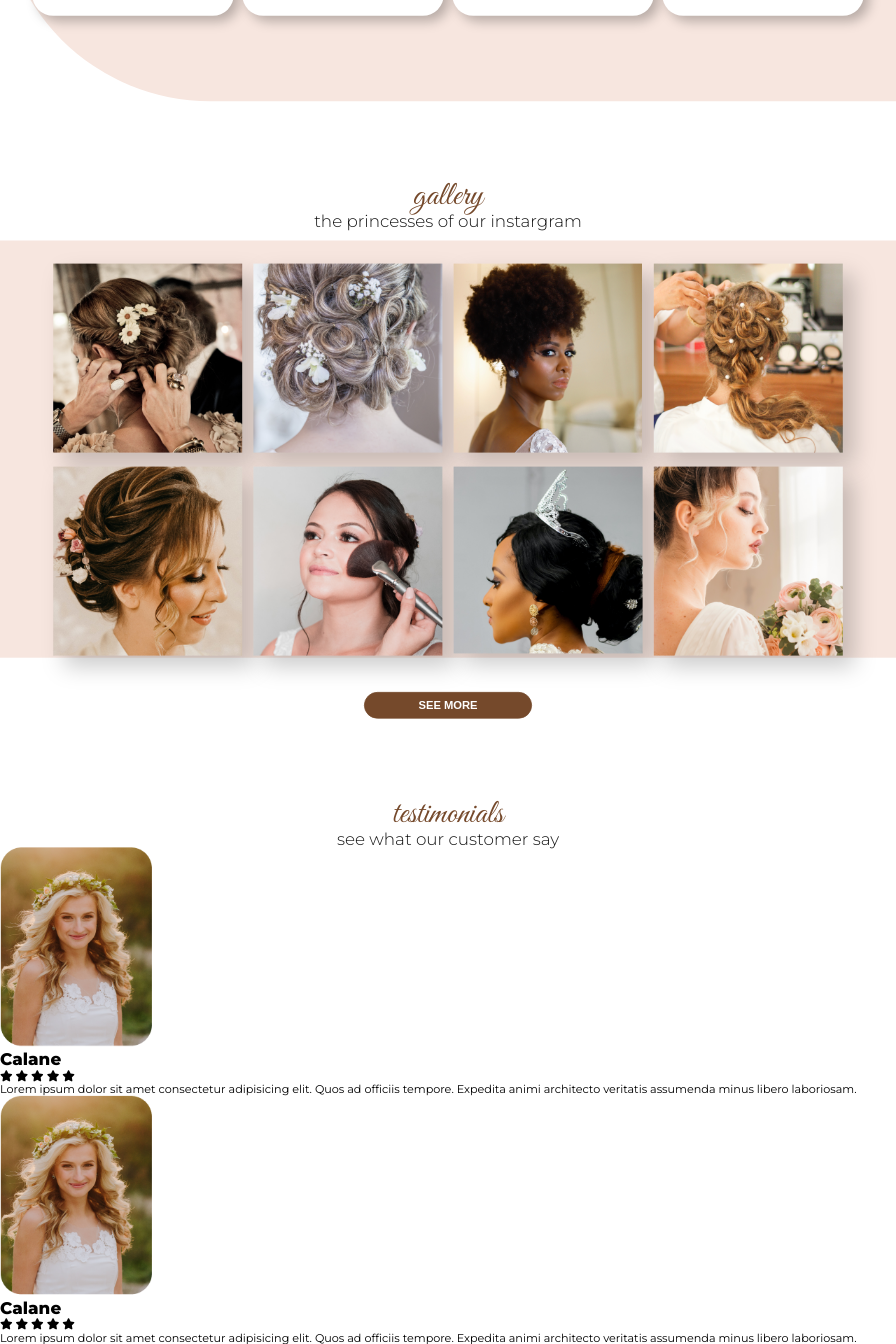
Repository: TuanHuflit2k1/clone-web01
Page: index.html
An editor plug-in stored every save of this project. The page is shown before and after the next save, followed by the edit.
The browser window is 1280 px wide. The pictures show the part of the page from y = 2792 to 4712 px (the page is 4712 px tall before and 4711 px after), at 70% of full size.
Some web libraries are served in a nearby version.

Above is the page before, as saved 2022-04-28 12:58:21.

### index.html
<!DOCTYPE html>
<html lang="en">
  <head>
    <meta charset="UTF-8" />
    <meta http-equiv="X-UA-Compatible" content="IE=edge" />
    <meta name="viewport" content="width=device-width, initial-scale=1.0" />
    <title>Beauty Salon</title>
    <!-- css file -->
    <link rel="stylesheet" href="./style.css" />
    <!-- font awesomw CDN -->
    <link
      rel="stylesheet"
      href="https://cdnjs.cloudflare.com/ajax/libs/font-awesome/6.1.1/css/all.min.css"
      integrity="sha512-KfkfwYDsLkIlwQp6LFnl8zNdLGxu9YAA1QvwINks4PhcElQSvqcyVLLD9aMhXd13uQjoXtEKNosOWaZqXgel0g=="
      crossorigin="anonymous"
      referrerpolicy="no-referrer"
    />
  </head>
  <body>
    <!-- header -->
    <header class="header" id="header">
      <div class="navbar">
        <div class="logo">
          <img src="./img/logo.svg" alt="Logo" />
        </div>
        <nav class="nav-menu" id="nav-menu">
          <ul class="nav-list">
            <li><a href="#" class="nav-link active">home</a></li>
            <li><a href="#about" class="nav-link">about</a></li>
            <li><a href="#services" class="nav-link">services</a></li>
            <li><a href="#package" class="nav-link">package</a></li>
            <li><a href="#gallery" class="nav-link">gallery</a></li>
            <li><a href="#contact" class="nav-link">contact</a></li>
          </ul>
        </nav>
        <div class="nav-toggle" id="nav-toggle">
          <i class="fas fa-bars"></i>
        </div>
      </div>
    </header>
    <!-- end header -->
    <!-- start home section -->
    <section class="home">
      <div class="container">
        <div class="home-img">
          <img src="./img/home-img.png" />
        </div>
        <div class="home-content">
          <h1>Your big day<br /><span>in style</span></h1>
          <p>
            Come see our bride 's corner and take the opportunity to schedule
            your date
          </p>
          <a href="#" class="btn btn-outline">
            <i class="fab fa-whatsapp"></i>
            Schedule your time
          </a>
        </div>
      </div>
    </section>
    <!-- end section home -->
    <!-- start section about -->
    <section class="about" id="about">
      <div class="container">
        <div class="section-title">
          <h1>our story</h1>
          <span>studio hair</span>
        </div>
        <div class="about-detail">
          <div class="about-detal-content">
            <div class="about-img">
              <img src="./img/about-img.jpg" />
            </div>
            <div class="about-description">
              <p>
                Lorem ipsum dolor sit amet consectetur adipisicing elit. Error,
                maiores!
              </p>
              <p>
                Lorem ipsum dolor sit amet consectetur adipisicing elit.
                Distinctio itaque, adipisci animi quisquam aliquid excepturi!
              </p>
              <p>
                Lorem ipsum dolor sit amet consectetur adipisicing elit.
                Blanditiis, sequi?
              </p>
            </div>
          </div>
        </div>
      </div>
    </section>
    <!-- end section about -->
    <!-- start service section -->
    <div class="services" id="services">
      <div class="services-content">
        <div class="section-title">
          <h1>services</h1>
          <span>what we do</span>
        </div>
        <div class="services-content-description">
          <div class="box">
            <div class="inner">
              <img src="./img/services/manicure.png" />
              <p>manicure</p>
            </div>
          </div>
          <div class="box">
            <div class="inner">
              <img src="./img/services/eyebrow design.png" />
              <p>eyebrow design</p>
            </div>
          </div>
          <div class="box">
            <div class="inner">
              <img src="./img/services/haircut.png" />
              <p>haircut</p>
            </div>
          </div>
          <div class="box">
            <div class="inner">
              <img src="./img/services/hairstyle.png" />
              <p>hairstyle</p>
            </div>
          </div>
          <div class="box">
            <div class="inner">
              <img src="./img/services/makeup.png" />
              <p>makeup</p>
            </div>
          </div>
          <div class="box">
            <div class="inner">
              <img src="./img/services/pedicure.png" />
              <p>pdedicure</p>
            </div>
          </div>
          <div class="box">
            <div class="inner">
              <img src="./img/services/waxing.png" />
              <p>waxing</p>
            </div>
          </div>
          <div class="box">
            <div class="inner">
              <img src="./img/services/skin cleansing.png" />
              <p>skin cleaning</p>
            </div>
          </div>
        </div>
      </div>
    </div>
    <!-- end services section -->
    <!-- start package section -->
    <div class="package" id="package">
      <div class="section-title">
        <h1>promotionam packages</h1>
        <span>for your bride 's day</span>
      </div>
      <div class="package-cards">
        <div class="card">
          <div class="card-title">
            <h1>Bronze</h1>
          </div>
          <div class="card-items">
            <div class="item">
              <i class="far fa-check-square check-icon"></i>
              <p>Hairstyle</p>
            </div>
            <div class="item">
              <i class="far fa-check-square check-icon"></i>
              <p>makeup</p>
            </div>
            <div class="item">
                <i class="far fa-check-square check-icon"></i>
                <p>nails <span>(traditional french)</span></p>
              </div>
              <div class="item">
                <i class="far fa-times-square x-icon"></i>
                <p class="not">hair removal</p>
              </div>
              <div class="item">
                <i class="far fa-times-square x-icon"></i>
                <p class="not">eyebrow design</p>
              </div>
              <div class="item">
                <i class="far fa-times-square x-icon"></i>
                <p class="not">skin cleaning</p>
              </div>
              <div class="item">
                <i class="far fa-times-square x-icon"></i>
                <p class="not"> reserved bridal room</p>
              </div>
              <div class="item">
                <i class="far fa-times-square x-icon"></i>
                <p class="not">table fruit</p>
              </div>
            <button class="btn">I want this</button>

          </div>

      </div>
      <div class="card">
        <div class="card-title">
          <h1>Bronze</h1>
        </div>
        <div class="card-items">
          <div class="item">
            <i class="far fa-check-square check-icon"></i>
            <p>Hairstyle</p>
          </div>
          <div class="item">
            <i class="far fa-check-square check-icon"></i>
            <p>makeup</p>
          </div>
          <div class="item">
              <i class="far fa-check-square check-icon"></i>
              <p>nails <span>(traditional french)</span></p>
            </div>
            <div class="item">
              <i class="far fa-times-square x-icon"></i>
              <p class="not">hair removal</p>
            </div>
            <div class="item">
              <i class="far fa-times-square x-icon"></i>
              <p class="not">eyebrow design</p>
            </div>
            <div class="item">
              <i class="far fa-times-square x-icon"></i>
              <p class="not">skin cleaning</p>
            </div>
            <div class="item">
              <i class="far fa-times-square x-icon"></i>
              <p class="not"> reserved bridal room</p>
            </div>
            <div class="item">
              <i class="far fa-times-square x-icon"></i>
              <p class="not">table fruit</p>
            </div>
            <button class="btn">I want this</button>

        </div>

    </div>
    <div class="card">
        <div class="card-title">
          <h1>Bronze</h1>
        </div>
        <div class="card-items">
          <div class="item">
            <i class="far fa-check-square check-icon"></i>
            <p>Hairstyle</p>
          </div>
          <div class="item">
            <i class="far fa-check-square check-icon"></i>
            <p>makeup</p>
          </div>
          <div class="item">
              <i class="far fa-check-square check-icon"></i>
              <p>nails <span>(traditional french)</span></p>
            </div>
            <div class="item">
              <i class="far fa-times-square x-icon"></i>
              <p class="not">hair removal</p>
            </div>
            <div class="item">
              <i class="far fa-times-square x-icon"></i>
              <p class="not">eyebrow design</p>
            </div>
            <div class="item">
              <i class="far fa-times-square x-icon"></i>
              <p class="not">skin cleaning</p>
            </div>
            <div class="item">
              <i class="far fa-times-square x-icon"></i>
              <p class="not"> reserved bridal room</p>
            </div>
            <div class="item">
              <i class="far fa-times-square x-icon"></i>
              <p class="not">table fruit</p>
            </div>
            <button class="btn">I want this</button>

        </div>

    </div>
    <div class="card">
        <div class="card-title">
          <h1>Bronze</h1>
        </div>
        <div class="card-items">
          <div class="item">
            <i class="far fa-check-square check-icon"></i>
            <p>Hairstyle</p>
          </div>
          <div class="item">
            <i class="far fa-check-square check-icon"></i>
            <p>makeup</p>
          </div>
          <div class="item">
              <i class="far fa-check-square check-icon"></i>
              <p>nails <span>(traditional french)</span></p>
            </div>
            <div class="item">
              <i class="far fa-times-square x-icon"></i>
              <p class="not">hair removal</p>
            </div>
            <div class="item">
              <i class="far fa-times-square x-icon"></i>
              <p class="not">eyebrow design</p>
            </div>
            <div class="item">
              <i class="far fa-times-square x-icon"></i>
              <p class="not">skin cleaning</p>
            </div>
            <div class="item">
              <i class="far fa-times-square x-icon"></i>
              <p class="not"> reserved bridal room</p>
            </div>
            <div class="item">
              <i class="far fa-times-square x-icon"></i>
              <p class="not">table fruit</p>
            </div>
            <button class="btn">I want this</button>
        </div>

    </div>

        </div>
      </div>
    </div>
    <!-- end package asection -->
    <!-- start galley section -->
    <section class="gallery" id="gallery">
<div class="gallery-content">
    <div class="section-title">
        <h1>gallery</h1>
        <span>the princesses of our instargram</span>
    </div>
    <div class="gallery-list-img">
        <div class="gallery-img">
            <img src="./img/img-insta/photo1.png">
        </div>
        <div class="gallery-img">
            <img src="./img/img-insta/photo2.png">
        </div>
        <div class="gallery-img">
            <img src="./img/img-insta/photo3.png">
        </div>
        <div class="gallery-img">
            <img src="./img/img-insta/photo4.png">
        </div>
        <div class="gallery-img">
            <img src="./img/img-insta/photo5.png">
        </div>
        <div class="gallery-img">
            <img src="./img/img-insta/photo6.png">
        </div>
        <div class="gallery-img">
            <img src="./img/img-insta/photo7.png">
        </div>
        <div class="gallery-img">
            <img src="./img/img-insta/photo8.png">
        </div>
    </div>
    <button class="btn gallery-content">see more</button>
</div>
    </section>
    <!-- end gallery -->
    <section class="testimonials">
        <div class="testimonials-content">
            <div class="section-title">
                <h1>testimonials</h1>
                <span>see what our customer say</span>
            </div>
            <div class="testimonials-card">
                <div class="testimonials-item">
                    <div class="testimonials-img">
                        <img src="./img/testimonials/testimonials1.png" alt="">
                    </div>
                    <div class="testimonials-box">
                        <div class="testimonials-name">
                            <h1>Calane</h1>
                            <i class="fas fa-star"></i>
                            <i class="fas fa-star"></i>
                            <i class="fas fa-star"></i>
                            <i class="fas fa-star"></i>
                            <i class="fas fa-star"></i>

                        </div>
                        <div class="testimonials-description">
                            <p>Lorem ipsum dolor sit amet consectetur adipisicing elit. Quos ad officiis tempore. Expedita animi architecto veritatis assumenda minus libero laboriosam.</p>
                        </div>
                    </div>
                </div>
                <div class="testimonials-item">
                    <div class="testimonials-img">
                        <img src="./img/testimonials/testimonials1.png" alt="">
                    </div>
                    <div class="testimonials-box">
                        <div class="testimonials-name">
                            <h1>Calane</h1>
                            <i class="fas fa-star"></i>
                            <i class="fas fa-star"></i>
                            <i class="fas fa-star"></i>
                            <i class="fas fa-star"></i>
                            <i class="fas fa-star"></i>

                        </div>
                        <div class="testimonials-description">
                            <p>Lorem ipsum dolor sit amet consectetur adipisicing elit. Quos ad officiis tempore. Expedita animi architecto veritatis assumenda minus libero laboriosam.</p>
                        </div>
                    </div>
                </div>
            </div>
        </div>
    </section>
    <!-- link js -->
    <script src="./main.js"></script>
  </body>
</html>

Loaded but not shown: main.js (20 lines, source omitted); style.css (503 lines, source omitted)

After the next save:
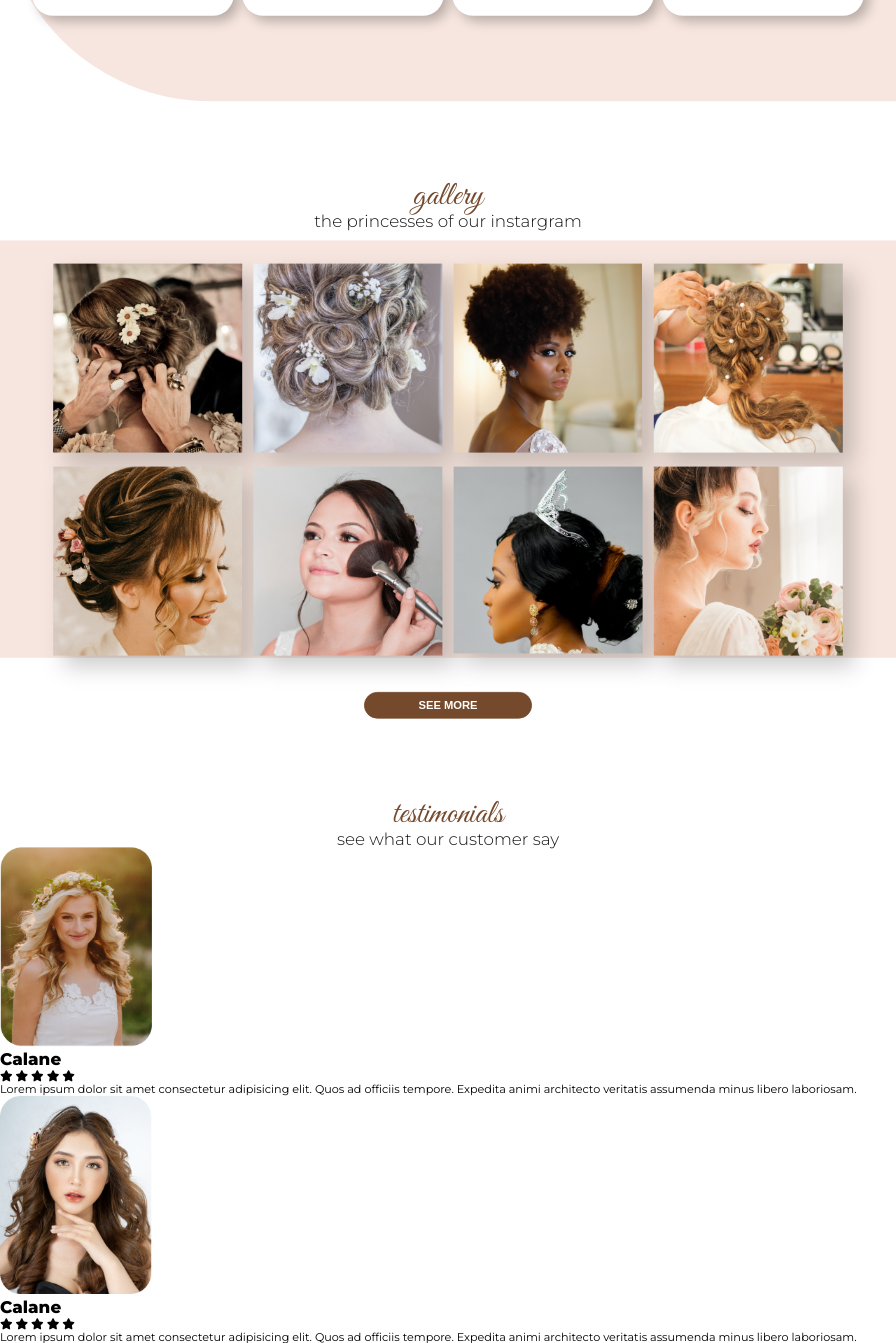
Saved 4 s later.
--- a/index.html
+++ b/index.html
@@ -394,7 +394,7 @@
                 </div>
                 <div class="testimonials-item">
                     <div class="testimonials-img">
-                        <img src="./img/testimonials/testimonials1.png" alt="">
+                        <img src="./img/testimonials/testimonials2.png" alt="">
                     </div>
                     <div class="testimonials-box">
                         <div class="testimonials-name">
